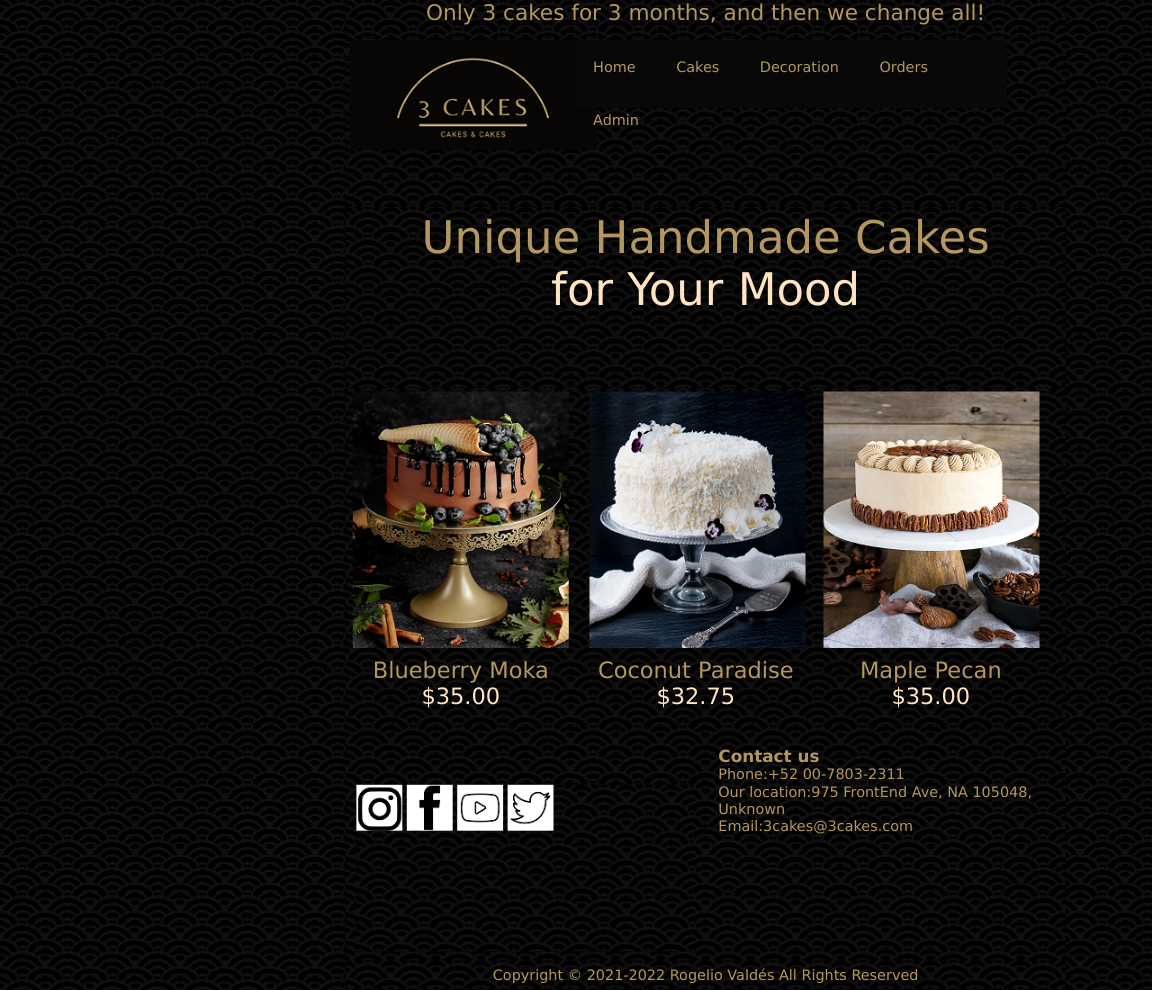
Repository: roge64/htmlfrontend
Page: index.html
An editor plug-in stored every save of this project. The page is shown before and after the next save, followed by the edit.
The browser window is 1280 px wide. The pictures show the whole page, at 90% of full size.

Above is the page before, as saved 2022-03-04 11:54:17.

After the next save:
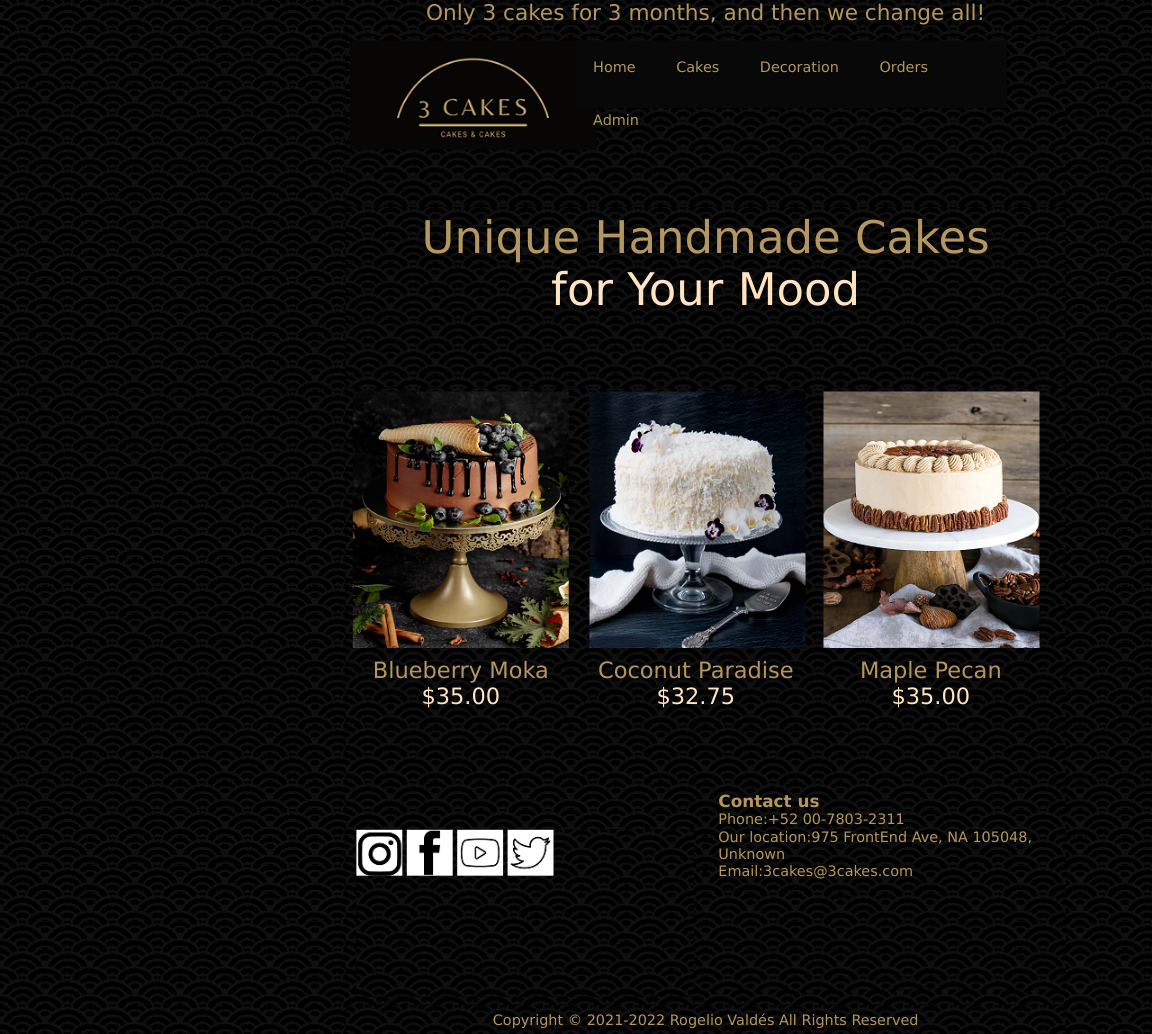
Saved 7 s later.
--- a/estilos/estilos.css
+++ b/estilos/estilos.css
@@ -245,6 +245,6 @@ footer{
 #separador {
         width: 800px;
         text-align: center;
-        height: 25px;
-
-}
+        height: 75px;
+
+}
